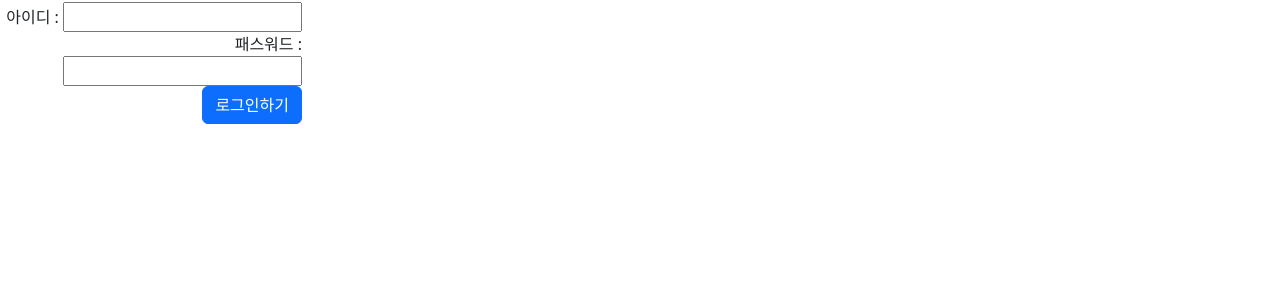
Repository: cheez0909/JSP
Page: http://localhost/1103/session/loginForm.jsp
The author's editor kept a copy of each file at every save. The page is drawn from the files as they stood at one save, then again after the next save.
The browser window is 1280 px wide. The pictures show the whole page.
The page is served by Tomcat 9.

Above is the page before, as saved 2023-11-08 06:07:06.

After the next save:
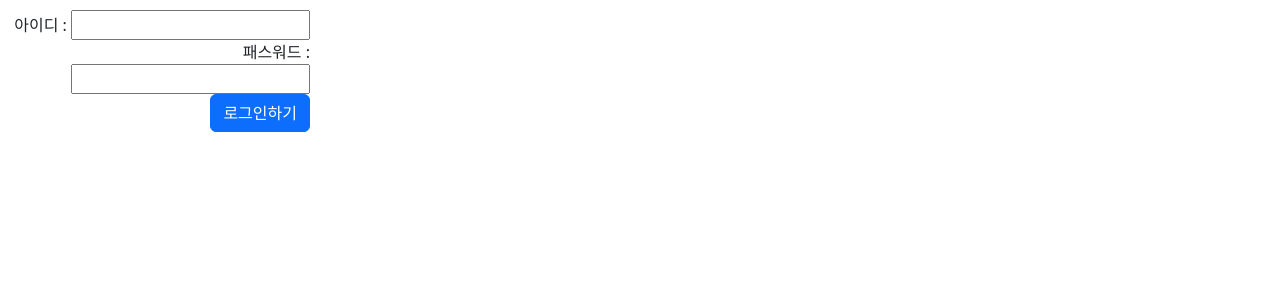
Saved 9 s later.
--- a/1103/src/main/webapp/session/loginForm.jsp
+++ b/1103/src/main/webapp/session/loginForm.jsp
@@ -19,7 +19,7 @@
 form {
 width : 300px;
 height: 450px;
-margin:2px;
+margin:10px;
 }
 
 </style>
